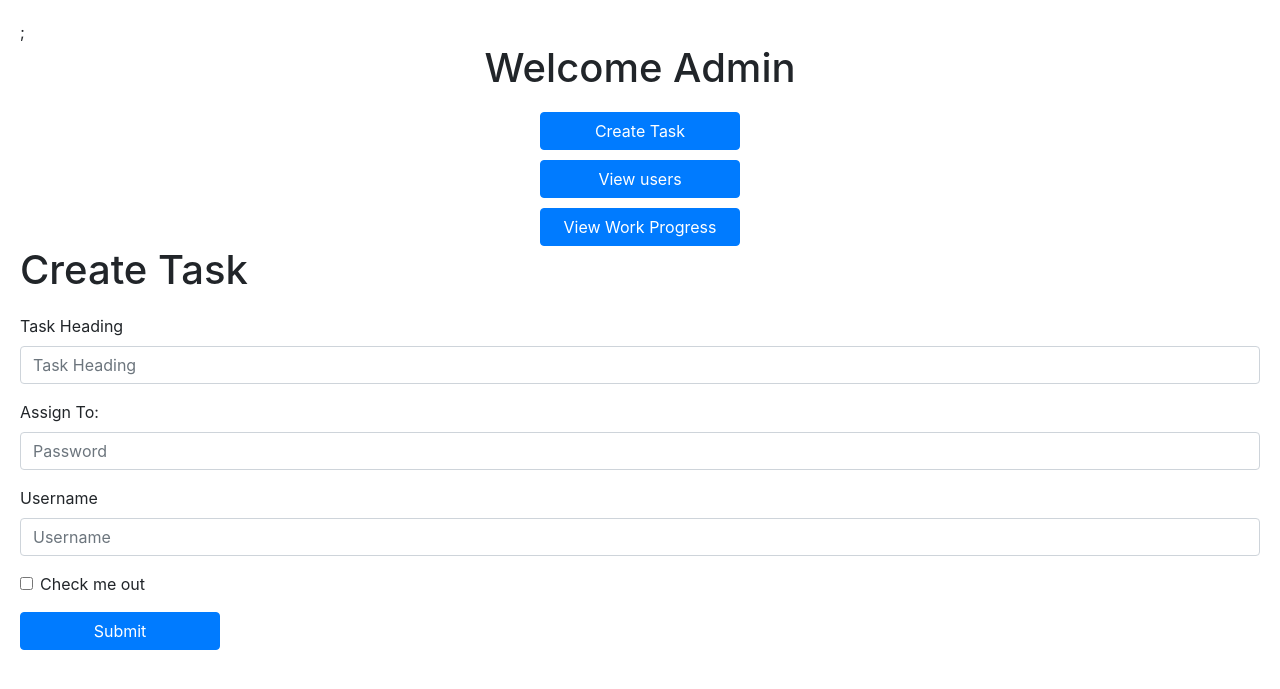
Repository: neha-rouniyar/taskmgmt
Page: http://localhost/admin/create-task
An editor plug-in stored every save of this project. The page is shown before and after the next save, followed by the edit.
The browser window is 1280 px wide. The pictures show the whole page.
Some web libraries are served in a nearby version. The page is served by the project's Laravel application, run on PHP 8.4 with Laravel 10. Queries for data that is not in the repository find no rows.

Above is the page before, as saved 2023-12-11 15:17:08.

After the next save:
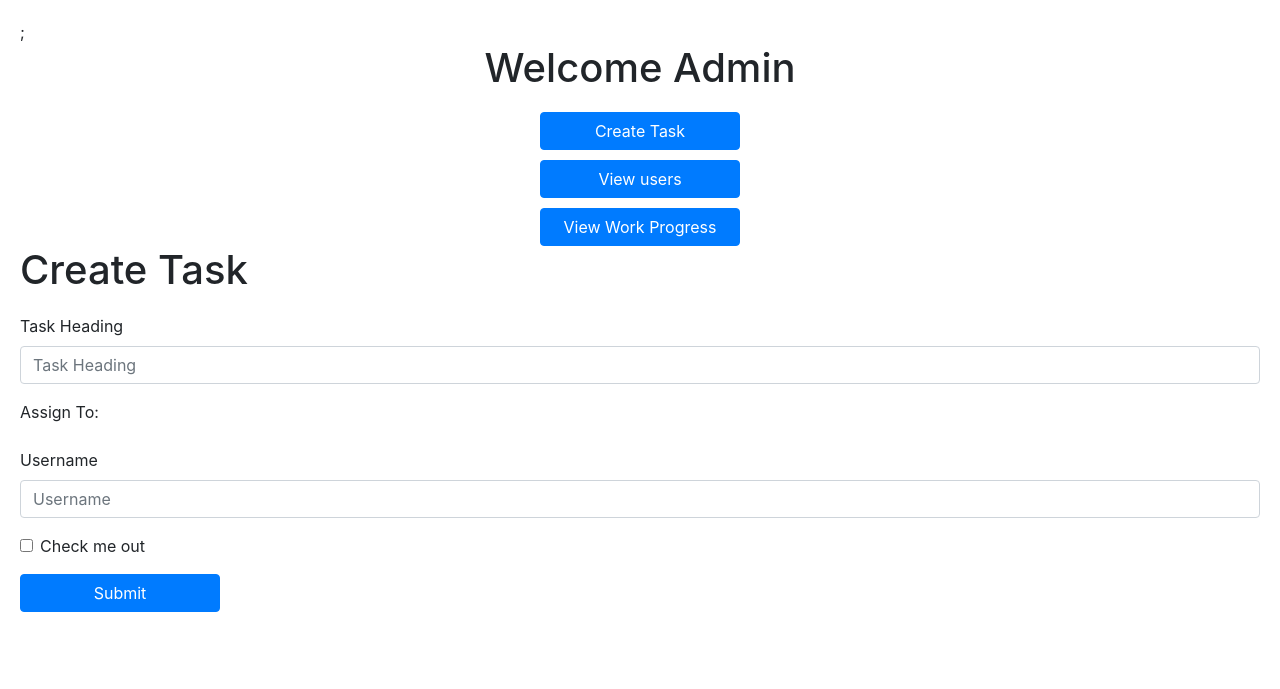
Saved 14 s later.
--- a/resources/views/admin/task/create.blade.php
+++ b/resources/views/admin/task/create.blade.php
@@ -10,7 +10,7 @@
       </div>
       <div class="form-group">
         <label for="exampleInputPassword1">Assign To:</label>
-        <input type="assign" name="password" class="form-control" id="exampleInputPassword1" placeholder="Password" required>
+        {{-- <input type="assign" name="password" class="form-control" id="exampleInputPassword1" placeholder="Password" required> --}}
       </div>
       <div class="form-group">
           <label for="exampleInputPassword1">Username</label>
